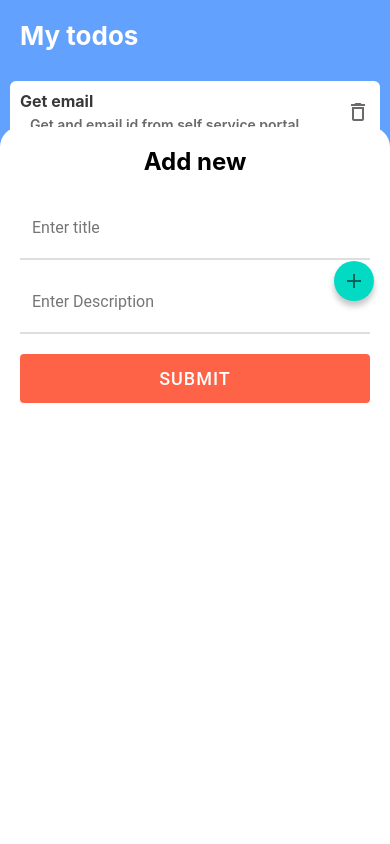
Repository: sadarsh216/Todo-App
Page: /, after clicking the first element matching `button.css-view-175oi2r`
An editor plug-in stored every save of this project. The page is shown before and after the next save, followed by the edit.
The browser window is 390 px wide. The pictures show the whole page.
The app was drawn by React Native's web renderer in a window 390 px wide. The project was rebuilt for these pictures with package versions that can differ from the ones it lists, and the page was loaded fresh each time.

Above is the page before, as saved 2021-10-09 14:37:48.

After the next save:
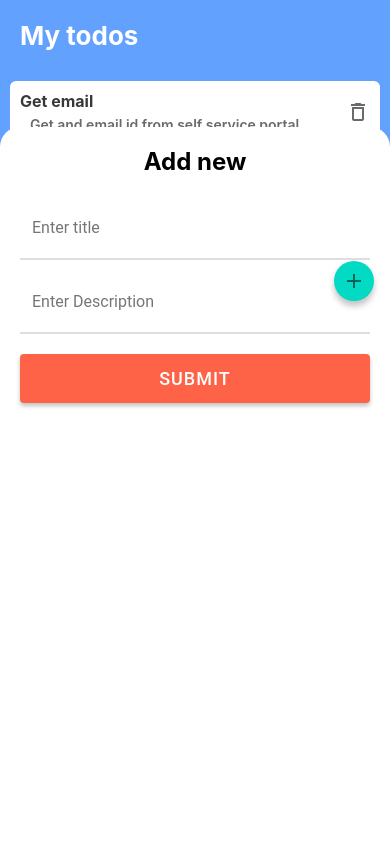
Saved 12 s later.
--- a/components/Modal.tsx
+++ b/components/Modal.tsx
@@ -56,5 +56,6 @@ const styles = StyleSheet.create({
     marginTop: 10,
     paddingVertical: 5,
     backgroundColor: "tomato",
+    elevation: 4,
   },
 });
